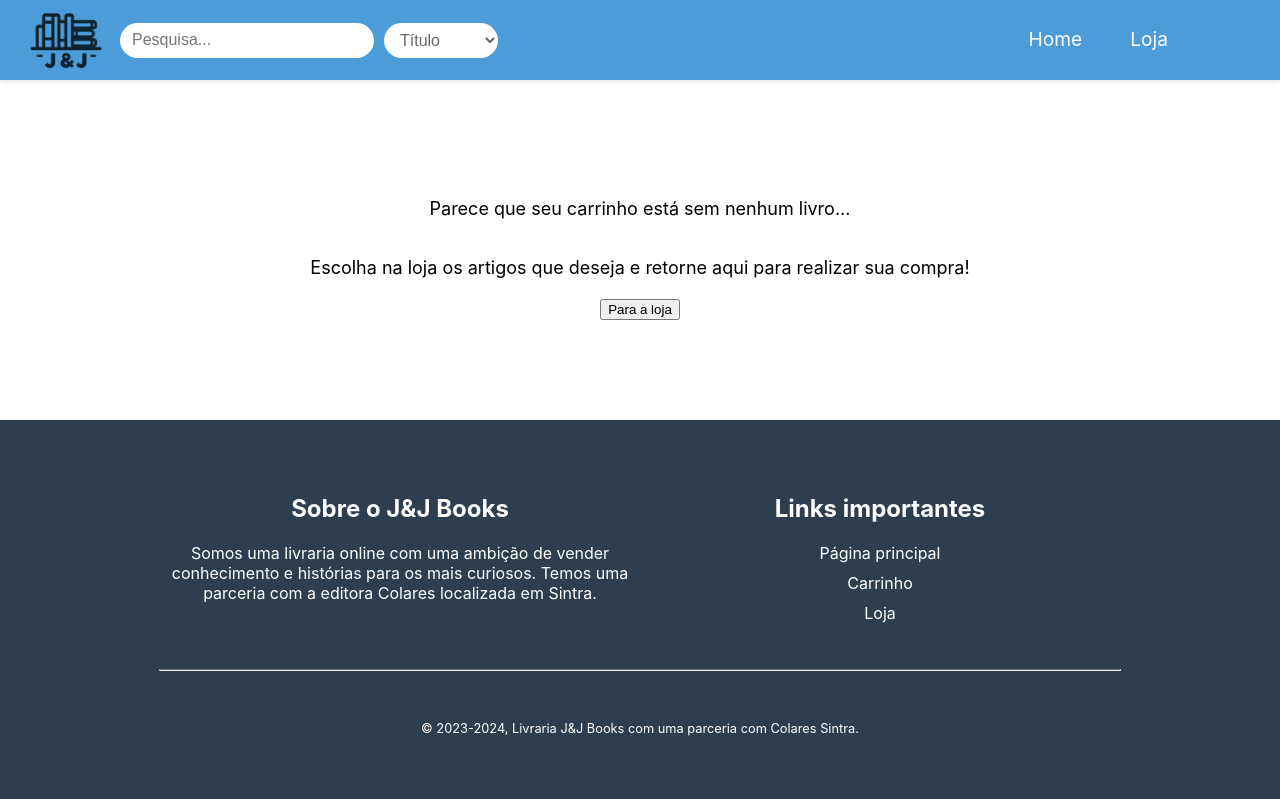
Repository: JoaoVitorFigueiredo/colareseditora
Page: /cart
The author's editor kept a copy of each file at every save. The page is drawn from the files as they stood at one save, then again after a run of saves.
The browser window is 1280 px wide. The pictures show the whole page.
Some icons come from a web library that is not loaded, so they are not drawn. The project was rebuilt for these pictures with package versions that can differ from the ones it lists, and the page was loaded fresh each time. Also part of the build but not shown: src/Components/book-thumbnail.css, src/Components/book-thumbnail.js, src/Components/filter/filter.css, src/Components/filter/filter.js, src/Components/pageNav/pageNav.css, src/Components/pageNav/pageNav.js, src/Pages/shop/shop.css, src/Pages/shop/shop.js and 7 more.

Above is the page before, as saved 2024-04-18 18:34:55.

### public/index.html
<!DOCTYPE html>
<html lang="en">
  <head>
    <meta charset="utf-8" />
    <link rel="icon" href="%PUBLIC_URL%/favicon.ico" />
    <meta name="viewport" content="width=device-width, initial-scale=1" />
    <meta name="theme-color" content="#000000" />
    <meta
      name="description"
      content="Bookshop by J&J Books"
    />
    <link rel="apple-touch-icon" href="%PUBLIC_URL%/logo192.png" />
    <!--
      manifest.json provides metadata used when your web app is installed on a
      user's mobile device or desktop. See https://developers.google.com/web/fundamentals/web-app-manifest/
    -->
    <link rel="manifest" href="%PUBLIC_URL%/manifest.json" />
    <!--
      Notice the use of %PUBLIC_URL% in the tags above.
      It will be replaced with the URL of the `public` folder during the build.
      Only files inside the `public` folder can be referenced from the HTML.

      Unlike "/favicon.ico" or "favicon.ico", "%PUBLIC_URL%/favicon.ico" will
      work correctly both with client-side routing and a non-root public URL.
      Learn how to configure a non-root public URL by running `npm run build`.
    -->
    <title>J&J</title>
    <link href="https://cdn.jsdelivr.net/gh/eliyantosarage/font-awesome-pro@main/fontawesome-pro-6.5.1-web/css/all.min.css" rel="stylesheet">
  </head>
  <body>
    <noscript>You need to enable JavaScript to run this app.</noscript>
    <div id="root"></div>
    <!--
      This HTML file is a template.
      If you open it directly in the browser, you will see an empty page.

      You can add webfonts, meta tags, or analytics to this file.
      The build step will place the bundled scripts into the <body> tag.

      To begin the development, run `npm start` or `yarn start`.
      To create a production bundle, use `npm run build` or `yarn build`.
    -->
  </body>
</html>

### src/index.css
body {
  margin: 0;
  min-height: 100%;
  font-family: -apple-system, BlinkMacSystemFont, 'Segoe UI', 'Roboto', 'Oxygen',
    'Ubuntu', 'Cantarell', 'Fira Sans', 'Droid Sans', 'Helvetica Neue',
    sans-serif;
  -webkit-font-smoothing: antialiased;
  -moz-osx-font-smoothing: grayscale;
}

code {
  font-family: source-code-pro, Menlo, Monaco, Consolas, 'Courier New',
    monospace;
}

### src/App.js
import './App.css';
import {BrowserRouter as Router, Routes, Route} from "react-router-dom";
import {createContext, useState} from "react";

import Navbar from "./Components/navbar/navbar.js"
import Footer from "./Components/footer/footer.js"

import {Shop} from "./Pages/shop/shop"
import {Cart} from "./Pages/cart/cart"
import {BestSellers} from "./Pages/best-sellers/best-sellers";
import {Sales} from "./Pages/sales/books"
import {BookPage} from "./Pages/book-page/book-page";
import {Search} from "./Pages/search/search";

import {NotFoundPage} from './Pages/404/notfound';


export const CartContext = createContext({books:[],total:0,volume:0})

function App() {
  const [cart, setCart] = useState({books:[],total:0,volume:0})

  return (
    <div className="App">
      <CartContext.Provider value={{cart,setCart}}>
    <Router>
      <Navbar/>
      <Routes>
        <Route path="/" element={<BestSellers/>}></Route>
        <Route path="/shop" element={<Shop/>}></Route>
        <Route path="/sales" element={<Sales/>}></Route>
        <Route path="/cart" element={<Cart/>}></Route>
        <Route path="/book/:id" element={<BookPage/>}></Route>
        <Route path="/search" element={<Search/>}></Route>
        <Route path="*" element={<NotFoundPage />} />
      </Routes>
      <Footer/>
    </Router>
        </CartContext.Provider>
    </div>

  );
}

export default App;

### src/Components/navbar/navbar.js
import React, { useState, useContext } from "react";
import { NavLink, useNavigate } from "react-router-dom";
import "./navbar.css";
import booklogo from '../../assets/logo-jj.png';
import {CartContext} from "../../App";


function NavBar() {
    const navigator = useNavigate()

    const [isMenuOpen, setIsMenuOpen] = useState(false);
    const toggleMenu = () => setIsMenuOpen(prevState => !prevState);

    const [searchString, setSearchString] = useState('');

    const [searchOption, setSearchOption] = useState('title')

    const {cart} = useContext(CartContext)



    function updateSearchString(e) {
        setSearchString(e.target.value);
    }

    function updateSearchOption(e){
        setSearchOption(e.target.value)
    }

    function handleEnter(e){
        if (e.key === "Enter") {
            navigator(`/search?searchOption=${searchOption}&searchString=${searchString}&page=1`)
        }
    }

    return (
        <nav className="navbar">
            <div className="nav-container">
                <NavLink exact to="/" className="nav-logo">
                    <img src={booklogo} alt="J&J Books Logo" className="logo-image"/>
                </NavLink>

                <div className="nav-search-container">
                    <input
                        type="text"
                        placeholder="Pesquisa..."
                        className="nav-search-input"
                        value={searchString}
                        onChange={updateSearchString}
                        onKeyDown={handleEnter}
                    />
                    <select id="dropdown" value={searchOption} onChange={updateSearchOption}>
                        <option value="title">Título</option>
                        <option value="authors">Autor</option>
                        <option value="categories">Categoria</option>
                    </select>
                </div>

                <div className="nav-toggle" onClick={toggleMenu}>
                    <div className={isMenuOpen ? "nav-icon open" : "nav-icon"}><i class="fa-solid fa-sliders"></i></div>
                </div>

                <ul className={isMenuOpen ? "nav-menu active" : "nav-menu"}>
                    <li className="nav-item" onClick={toggleMenu}>
                        <NavLink exact to="/" activeClassName="active" className="nav-links">
                            Home
                        </NavLink>
                    </li>
                    <li className="nav-item" onClick={toggleMenu}>
                        <NavLink exact to="/shop?selectedOption=-score&filterOption=authors&filterString=&page=1"
                              activeClassName="active" className="nav-links">
                            Loja
                        </NavLink>
                    </li>
                    <li className="nav-item" onClick={toggleMenu}>
                        <NavLink exact to="/cart" activeClassName="active" className="nav-links">
                            <i className="fas fa-shopping-cart"></i>
                            {cart.volume > 0 && (
                                <span className="cart-item-count">{cart.volume}</span>
                            )}
                        </NavLink>
                    </li>
                </ul>
            </div>
        </nav>
    );
}

export default NavBar;

### src/Components/footer/footer.js
import React from "react";
import { Link, useLocation } from "react-router-dom";
import "./footer.css";

function Footer() {
    const location = useLocation()
    function CallForAction() {

        if (location.pathname == "/shop" || location.pathname == "/search" || location.pathname == "/book"){
            return(
                <div className="cart-call-for-action">
                    <h3>Deseja finalizar sua compra?</h3>
                    <Link to="/cart">
                    <button>Vá para o carrinho<i className="fas fa-shopping-cart"/></button>
                    </Link>
                </div>
            )
        }
    }

    return (
        <div>
            <CallForAction/>
            <footer className="footer">

                <div className="footer-container">
                    <div className="footer-section">
                        <h3 className="footer-heading">Sobre o J&J Books</h3>
                    <p className="footer-text">Somos uma livraria online com uma ambição de vender conhecimento e
                        histórias para os mais curiosos. Temos uma parceria com a editora Colares localizada em
                        Sintra.</p>
                </div>
                <div className="footer-section">
                    <h3 className="footer-heading">Links importantes</h3>
                    <ul className="footer-list">
                        <li className="footer-list-item"><Link to="/" className="footer-link">Página principal</Link>
                        </li>
                        <li className="footer-list-item"><Link to="/cart" className="footer-link">Carrinho</Link></li>
                        <li className="footer-list-item"><Link to="/shop" className="footer-link">Loja</Link></li>
                    </ul>
                </div>
            </div>
            <hr className="footer-divider"/>
            <div className="copyright">
                <p>&copy; 2023-{new Date().getFullYear()}, Livraria J&J Books com uma parceria com Colares Sintra.</p>
            </div>
        </footer>
        </div>
        );
        }

        export default Footer;

### src/Pages/cart/cart.js
import React, {useContext} from "react";
import {CartContext} from "../../App"
import {Link} from "react-router-dom";
import NoImage from "../../assets/book-noimage.png";
import {addBookUtil, removeBookUtil, subtractBookUtil, clearCartUtil} from "../../Utils/CartUtils";
import "./cart.css";

export const Cart = () =>{
    function BookInCart({book}){

        return (
            <div className="book-item">
                {book.thumbnailUrl ? (
                    <Link to={`/book/${book.id}`}>
                        <img className="thumbnail-image" src={book.thumbnailUrl} alt={book.title} />
                    </Link>
                ) : (
                    <div className="thumbnail-placeholder">
                        <Link to={`/book/${book.id}`}><img className="thumbnail-image" src={NoImage} alt={book.title} /></Link>
                    </div>
                )}

                <div className="book-details">
                    <p className="book-title">{book.title}</p>
                    <p>{(book.price*book.quantity).toFixed(2)}€</p>
                    <div className="quantity-buttons">
                        <button onClick={() => subtractBookUtil(cartContext,book)}>-</button>
                        <p>{book.quantity}</p>
                        <button onClick={() => addBookUtil(cartContext, book)}>+</button>
                        <button className="remove-button" onClick={() => removeBookUtil(cartContext,book)}>Remover</button>
                    </div>
                </div>
            </div>
        );
    }
    const cartContext = useContext(CartContext)
    const {cart} = cartContext

    if (cart.volume > 0) {
        return (
            <div className="cart-container">
                <div className="cart-items">
                    {cart.books.map(book => <BookInCart key={book.id} book={book} />)}
                </div>
                <div className="cart-summary">
                    <p>Preço total: {cart.total.toFixed(2)}€</p>
                    <p>Quantidade de itens: {cart.volume}</p>
                    <button className="checkout-button">Check-out</button>
                </div>
                <div><button onClick={() => clearCartUtil(cartContext)}>Clear cart</button></div>
            </div>
        );
    } else {
        return (
            <div className="empty-cart">
                <p>Parece que seu carrinho está sem nenhum livro...</p>
                <p>Escolha na loja os artigos que deseja e retorne aqui para realizar sua compra!</p>
                <Link to="/shop?selectedOption=-score&filterOption=authors&filterString=&page=1"><button>Para a loja</button></Link>
                <Link to="/shop"><i class="fa-duotone fa-books"></i></Link>
            </div>
        );
    }
};

### src/Components/navbar/navbar.css
.navbar {
    background-color: #4c9cd9;
    height: 80px;
    display: flex;
    justify-content: center;
    align-items: center;
    font-size: 1.2rem;
    position: sticky;
    top: 0;
    z-index: 20;
    box-shadow: 0 2px 4px rgba(0, 0, 0, 0.1); /* Sombra inicial */
    transition: box-shadow 0.3s ease; /* Transição suave para a sombra */
  }

  .nav-container {
    display: flex;
    justify-content: space-between; /* Adiciona espaço entre os elementos */
    align-items: center;
    width: 100%;
    height: 80px;
    max-width: 1500px;
    position: relative;
}

.nav-menu {
    display: flex;
    list-style: none;
    text-align: center;
    margin-right: 2rem;
    margin-left: auto; /* Move os itens para o canto direito */
}


  .nav-logo {
    display: flex;
    align-items: center;
}

.nav-logo img {
    margin-left: 10px;
    cursor: pointer;
    width: 110px; /* Defina o tamanho desejado para a imagem */
    height: auto;
}


  .logo-image {
  width: 110px;
  height: auto;
}

  .nav-links {
    color: #fff;
    text-decoration: none;
    padding: 0.5rem 1rem;
    height: 100%;
    border-bottom: 3px solid transparent;
  }

  .nav-links:hover {
    color: #47636d;
  }

  .nav-links:active {
    color: #47636d;
  }

  .nav-item {
    line-height: 40px;
    margin-right: 1rem;
  }

  .nav-item:after {
    content: "";
    display: block;
    height: 3px;
    width: 0;
    background: transparent;
    transition: width 0.7s ease, background-color 0.5s ease;
  }

  /* Nav ativo atual */
  .nav-item .active {
    color: #000000;
  }

  .nav-icon {
    display: none;
    color: #6099ca;
  }

  .nav-icon .icon {
    display: inline-block;
    width: 2rem;
    height: 2rem;
  }

  @media screen and (max-width: 960px) {

    .nav-search-container {
        flex-grow: 1; /* Faz o container de pesquisa ocupar todo o espaço disponível */
    }

    .nav-menu {
      display: flex;
      flex-direction: column;
      width: 100%;
      border-top: 1pxsolid #fff;
      position: absolute;
      top: 80px;
      left: -110%;
      opacity: 1;
      transition: all 0.5s ease;
    }

    .nav-menu.active {
      background: #6699c6;
      left: 0px;
      opacity: 1;
      transition: all 0.5s ease;
      z-index: 1;
    }
    .nav-item .active {
      color: #4080ff;
      border: none;
    }
    .nav-links {
      padding: 1.5rem;
      width: 100%;
      display: table;
    }

    .nav-logo .icon {
      width: 2rem;
      height: 2rem;
    }

    .nav-icon {
      display: block;
      position: absolute;
      top: 50%;
      right: 0;
      transform: translate(-100%, -50%);
      width: 2rem;
      height: 2rem;
      cursor: pointer;
      color: #ffffff;
    }
  }

.nav-search-container {
    position: relative;
    display: flex; /* Adiciona flexbox para alinhar itens */
}

.nav-search-input {
  border: none;
  border-radius: 20px;
  padding: 8px 35px 8px 12px;
  font-size: 1rem;
  margin-right: 10px; /* Adiciona margem entre o input e o dropdown */
  flex-grow: 1; /* Faz o input ocupar o espaço restante */
}

#dropdown {
  border: none;
  border-radius: 20px;
  padding: 8px 12px;
  font-size: 1rem;
  background-color: #fff;
  color: #666;
  cursor: pointer;
}

.cart-item-count {
  content:attr(value);
  font-size:12px;
  color: #fff;
  background: red;
  border-radius:50%;
  padding: 0 5px;
  position:relative;
  left:-8px;
  top:-10px;
  opacity:0.9;
}

@media screen and (max-width: 960px) {

  .nav-search-container {
    display: none;
  }

  #dropdown {
    display: none;
  }
}

### src/Components/footer/footer.css
.footer {
    background-color: #2c3e50; /* Darker blue background color */
    color: #fff; /* White text color */
    padding: 50px 0;
    margin-top: 50px;
    text-align: center;
}

.footer-container {
    display: flex;
    justify-content: space-between;
    max-width: 960px;
    margin: 0 auto;
}

.footer-section {
    flex: 1;
    margin-bottom: 30px;
}

.footer-heading {
    color: #fff;
    font-size: 1.5rem;
    margin-bottom: 20px;
}

.footer-text {
    font-size: 1rem;
}

.footer-list {
    list-style-type: none;
    padding: 0;
}

.footer-list-item {
    margin-bottom: 10px;
}

.footer-link {
    color: #fff;
    text-decoration: none;
    font-size: 1rem;
    transition: color 0.3s ease;
}

.footer-link:hover {
    color: #f39c12; /* Yellow color on hover */
}

/* Copyright */
.copyright {
    margin-top: 50px;
    font-size: 0.8rem;
}

.footer-divider {
    width: 75%;
    border-top: 1px solid #6f6e6e; /* Cor e estilo da linha */
    margin: 0 auto; /* Espaçamento acima e abaixo da linha */
}

/* Media query for smaller screens */
@media only screen and (max-width: 768px) {
    .footer-container {
        flex-direction: column;
        align-items: center;
    }
    .footer-section {
        width: 100%;
    }
}

### src/Utils/CartUtils.js
export function addCartUtil(cartContext,book) {
    const {cart, setCart} = cartContext
    const existingBook = cart.books.find(item => item.id === book.id);
    if (existingBook) {
        setCart(prevCart => ({
            ...prevCart,
            books: prevCart.books.map(item =>
                item.id === existingBook.id ? {...item, quantity: item.quantity + 1} : item
            ),
            total: prevCart.total + book.price,
            volume: prevCart.volume + 1
        }));
    } else {
        setCart(prevCart => ({
            books: [...prevCart.books, {id: book.id, title: book.title, thumbnailUrl: book.thumbnailUrl, price: book.price, quantity: 1}],
            total: prevCart.total + book.price,
            volume: prevCart.volume + 1
        }));
    }
}
export function addBookUtil(cartContext, book) {
    const {setCart} = cartContext
    setCart(prevCart => ({
        ...prevCart,
        books: prevCart.books.map(item =>
            item.id === book.id ? { ...item, quantity: item.quantity + 1 } : item
        ),
        total: prevCart.total + book.price,
        volume: prevCart.volume + 1
    }));
}

export function subtractBookUtil(cartContext, book){
    const {setCart} = cartContext
    setCart(prevCart => ({
        ...prevCart,
        books: prevCart.books.map(item =>
            item.id === book.id ? { ...item, quantity: item.quantity - 1 } : item
        ),
        total: prevCart.total - book.price,
        volume: prevCart.volume - 1
    }));
    setCart(prevCart => {return {...prevCart, books: prevCart.books.filter(item => item.quantity > 0)}})
}

export function removeBookUtil(cartContext, book){
    const {setCart} = cartContext
    setCart(prevCart => ({
        ...prevCart,
        total: prevCart.total - (book.price*book.quantity),
        volume: prevCart.volume - book.quantity
    }));
    setCart(prevCart => {return {...prevCart, books: prevCart.books.filter(item => item.id !== book.id)}})
}

export function clearCartUtil(cartContext){
    const {setCart} = cartContext
    setCart({books:[],
    total:0,
    volume:0})
}

### src/Pages/cart/cart.css
/* Cart.css */
.cart-container {
    display: flex;
    justify-content: space-between;
    align-items: flex-start;
  }

  .cart-items {
    flex: 2;
  }

  .book-item {
    display: flex;
    align-items: center;
    margin-bottom: 20px;
  }

  .thumbnail-image {
    width: 180px;
    height: 260px;
    margin-top: 40px;
    margin-left: 40px;
  }

  .thumbnail-placeholder {
    width: 100px;
    height: 150px;
    background-color: #ccc;
    display: flex;
    justify-content: center;
    align-items: center;
  }

  .book-details {
    margin-left: 20px;
    text-align: center; /* Center-align book title */
  }


  .quantity-buttons {
    display: flex;
    align-items: center;
  }

  .quantity-buttons button {
    background-color: #007bff;
    color: #fff;
    border: none;
    padding: 5px 10px;
    margin: 0 20px;
    cursor: pointer;
  }

  .remove-button {
    background-color: #dc3545;
    color: #fff;
    border: none;
    padding: 5px 10px;
    margin: 0 20px;
    cursor: pointer;
  }

  .cart-summary {
    flex: 1;
    background-color: #f8f9fa;
    padding: 100px;
    border: 3px solid #dee2e6;
    margin-top: 45px;
    margin-right: 200px;
    font-size: 20px;
  }

  .checkout-button {
    background-color: #59a282;
    color: #fff;
    border: none;
    padding: 5px 10px;
    cursor: pointer;
    border-radius: 20px;
    font-size: 28px;
  }

  .empty-cart {
    display: flex;
    flex-direction: column;
    align-items: center;
    justify-content: center;
    height: 100%;
    margin: 100px;
  }

  .empty-cart p {
    font-size: 18px;
    margin-bottom: 20px;
  }

  .empty-cart .empty-cart-icon {
    font-size: 60px;
    color: #999;
    margin-bottom: 20px;
  }

Loaded but not shown: src/index.js (common file); src/reportWebVitals.js (common file); src/App.css (common file)

After the next 3 saves:
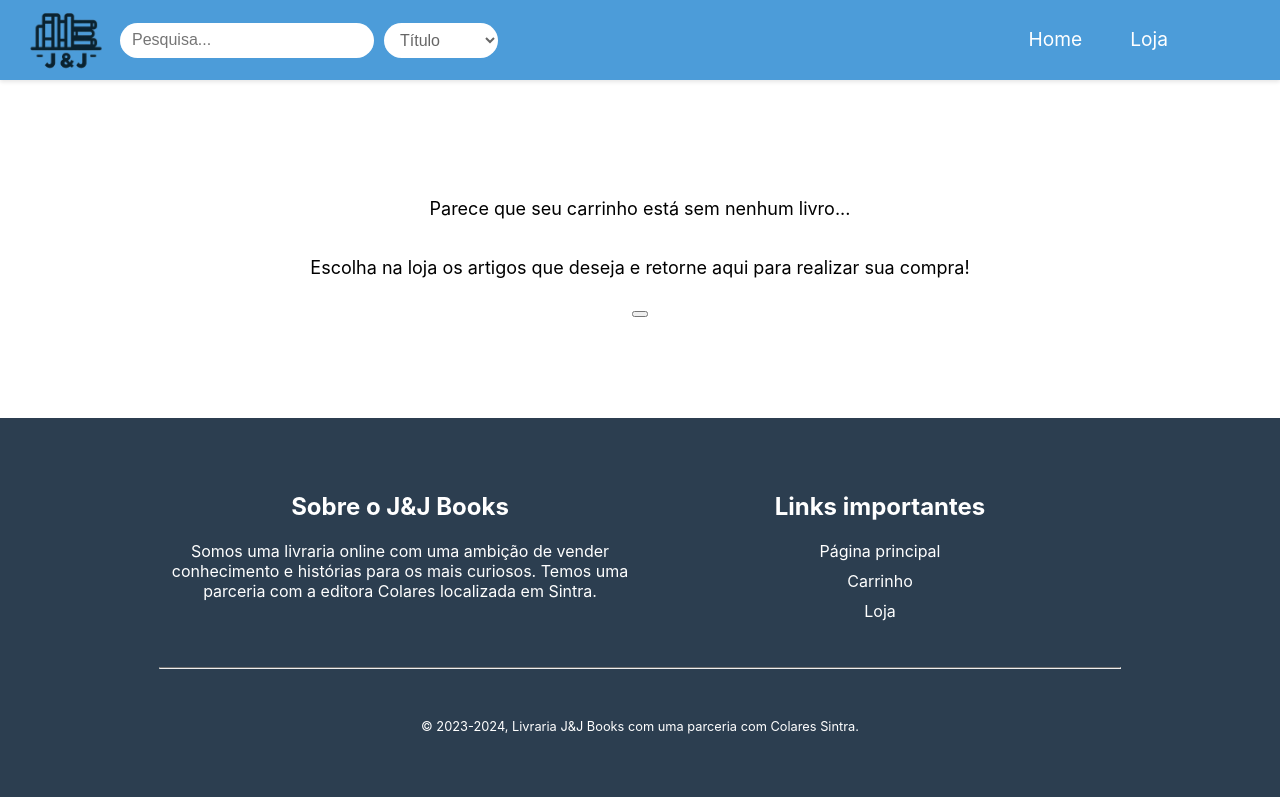
The 3 saves are shown as one change because they came seconds apart.
The last was saved 12 s later.
--- a/src/Pages/cart/cart.js
+++ b/src/Pages/cart/cart.js
@@ -55,8 +55,7 @@ export const Cart = () =>{
             <div className="empty-cart">
                 <p>Parece que seu carrinho está sem nenhum livro...</p>
                 <p>Escolha na loja os artigos que deseja e retorne aqui para realizar sua compra!</p>
-                <Link to="/shop?selectedOption=-score&filterOption=authors&filterString=&page=1"><button>Para a loja</button></Link>
-                <Link to="/shop"><i class="fa-duotone fa-books"></i></Link>
+                <Link to="/shop?selectedOption=-score&filterOption=authors&filterString=&page=1"><button><i class="fa-duotone fa-books"></i></button></Link>
             </div>
         );
     }
